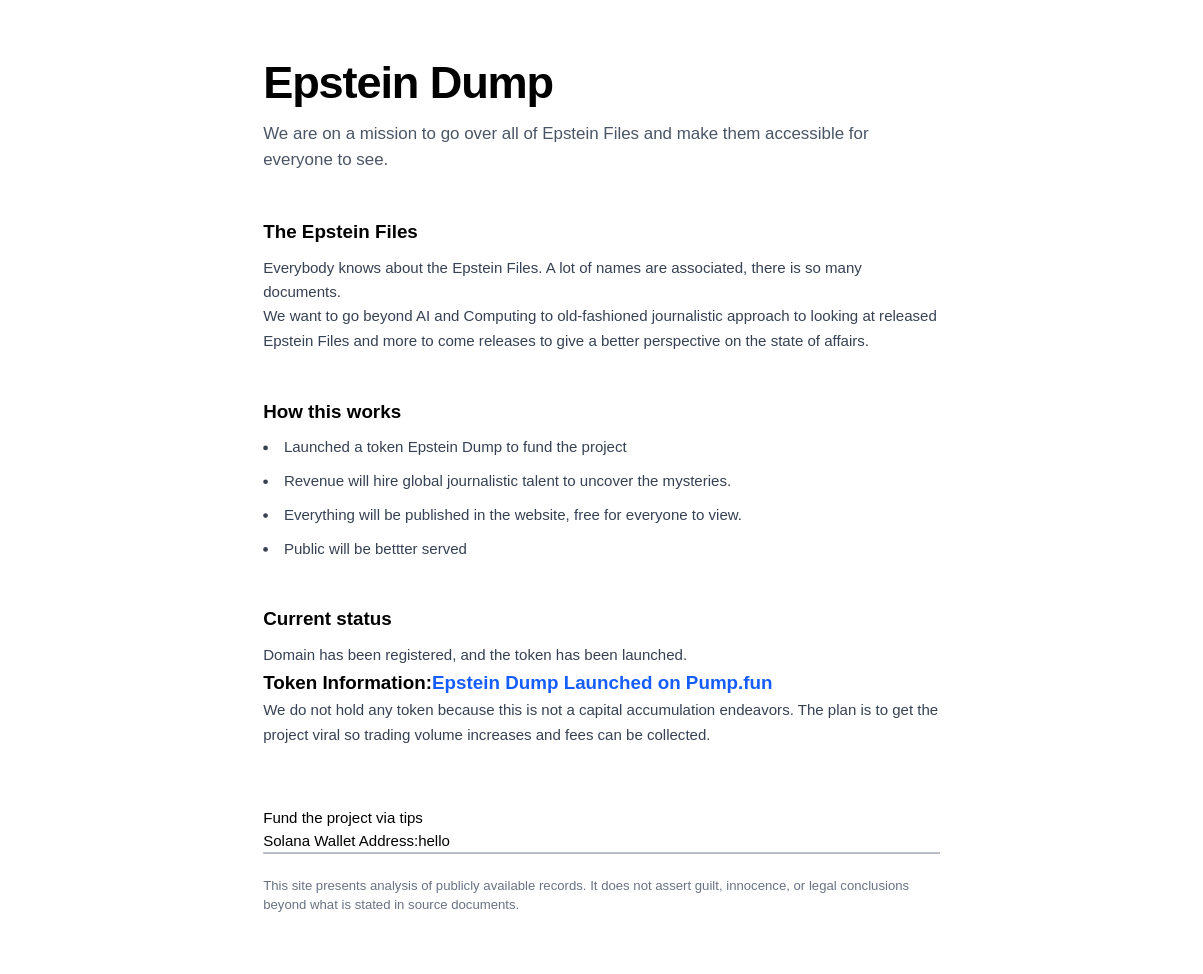
Repository: dayvoid97/epsteindump
Page: /
An editor plug-in stored every save of this project. The page is shown before and after the next save, followed by the edit.
The browser window is 1280 px wide. The pictures show the whole page, at 94% of full size.
The project was rebuilt for these pictures with package versions that can differ from the ones it lists, and the page was loaded fresh each time. The framework's server and built-in components were replaced by stand-ins that run in the browser. Also part of the build but not shown: next.config.ts.

Above is the page before, as saved 2026-02-02 02:29:28.

After the next save:
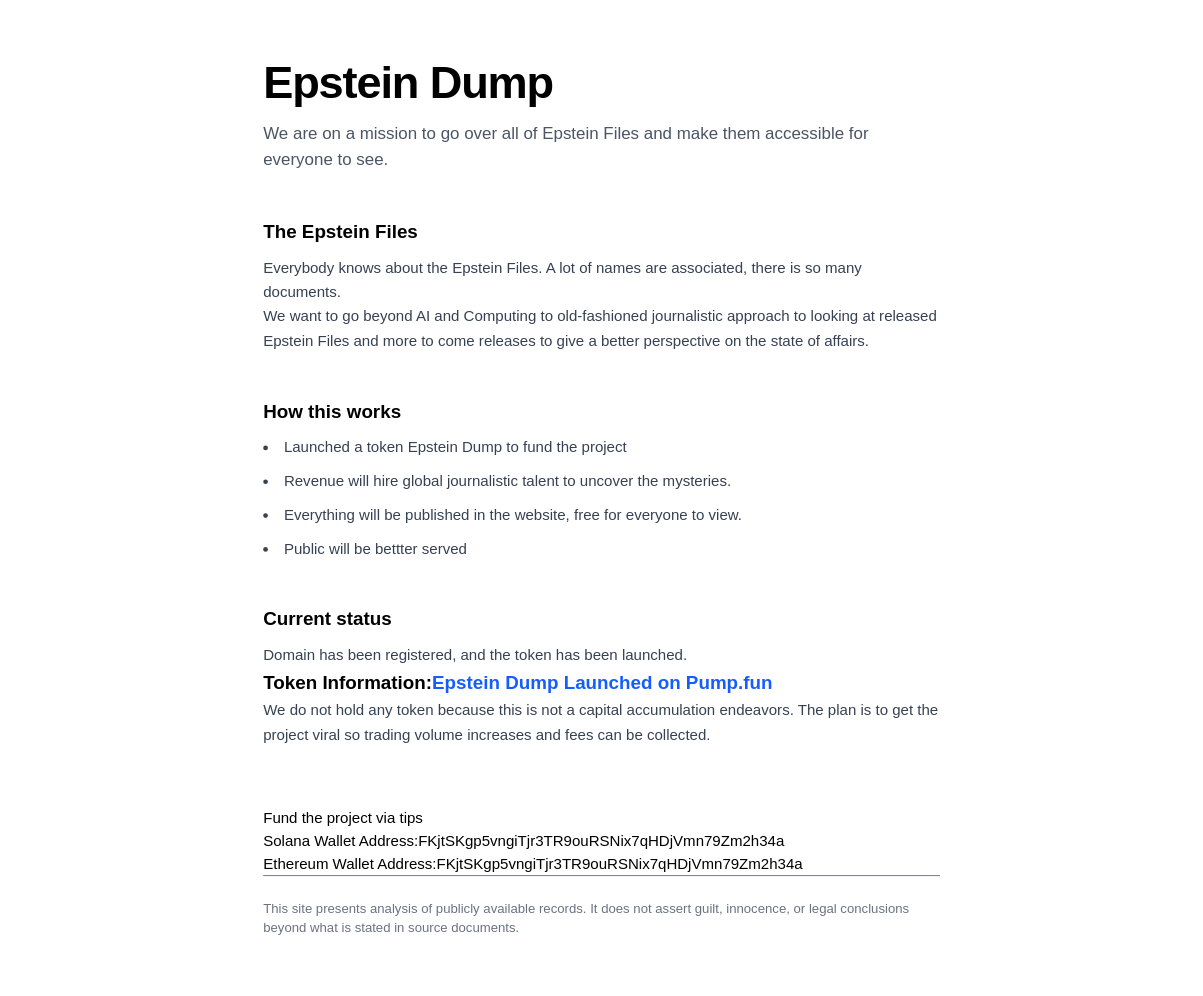
Saved 49 s later.
--- a/app/page.tsx
+++ b/app/page.tsx
@@ -62,7 +62,10 @@
           <h2> Fund the project via tips</h2>
 
           <p>
-            Solana Wallet Address:<span>hello</span>{' '}
+            Solana Wallet Address:<span>FKjtSKgp5vngiTjr3TR9ouRSNix7qHDjVmn79Zm2h34a</span>{' '}
+          </p>
+          <p>
+            Ethereum Wallet Address:<span>FKjtSKgp5vngiTjr3TR9ouRSNix7qHDjVmn79Zm2h34a</span>{' '}
           </p>
         </section>
 
